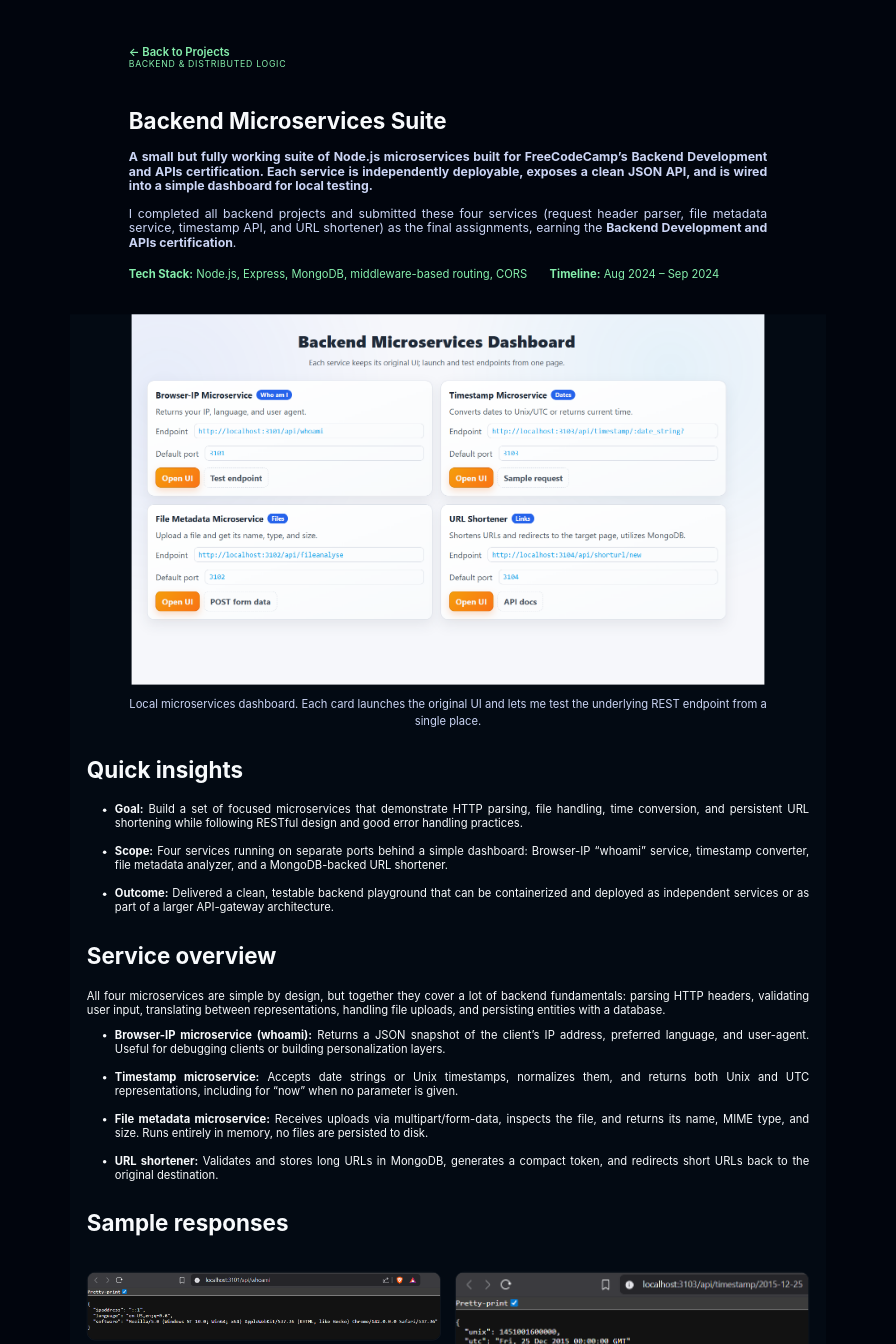
Repository: Abdulaziz-04/Abdulaziz-04.github.io
Page: deepdives/backend_systems/microservices/microservices.html
An editor plug-in stored every save of this project. The page is shown before and after the next save, followed by the edit.
The browser window is 1280 px wide. The pictures show the part of the page from y = 0 to 1920 px (the page is 3762 px tall), at 70% of full size.

Above is the page before, as saved 2025-11-20 23:16:24.

### deepdives/backend_systems/microservices/microservices.html
<!DOCTYPE html>
<html lang="en">
  <head>
    <meta charset="UTF-8" />
    <meta name="viewport" content="width=device-width, initial-scale=1" />
    <title>
      Backend Microservices Suite: HTTP Utilities, Files, Time, and URLs
    </title>
    <link rel="stylesheet" href="../../../assets/css/styles.css" />
  </head>

  <body class="project-detail-page">
    <header class="detail-hero">
      <a class="category-back" href="../../../projects/backend_systems.html">
        &larr; Back to Projects
      </a>

      <p
        class="category-pill"
        onclick="window.location.href='../../../projects/backend_systems.html'"
      >
        Backend &amp; Distributed Logic
      </p>
      <br />

      <h1>Backend Microservices Suite</h1>

      <p class="detail-summary">
        <b>
          A small but fully working suite of Node.js microservices built for
          FreeCodeCamp’s Backend Development and APIs certification. Each
          service is independently deployable, exposes a clean JSON API, and is
          wired into a simple dashboard for local testing.
        </b>
      </p>

      <p class="detail-summary">
        I completed all backend projects and submitted these four services
        (request header parser, file metadata service, timestamp API, and URL
        shortener) as the final assignments, earning the
        <b>Backend Development and APIs certification</b>.
      </p>

      <ul class="detail-meta">
        <li>
          <strong>Tech Stack:</strong>
          Node.js, Express, MongoDB, middleware-based routing, CORS
        </li>
        <li><strong>Timeline:</strong> Aug 2024 – Sep 2024</li>
      </ul>
    </header>

    <main class="section detail-content">
      <!-- HERO IMAGE -->
      <section class="detail-section detail-hero-gif">
        <figure class="gallery-item gallery-item--wide">
          <img
            src="./images/intro.png"
            alt="Dashboard showing the four backend microservices and their endpoints"
            style="display: block; margin: 0 auto; max-width: 95%; height: auto"
          />
          <figcaption style="text-align: center">
            Local microservices dashboard. Each card launches the original UI
            and lets me test the underlying REST endpoint from a single place.
          </figcaption>
        </figure>
      </section>

      <!-- QUICK INSIGHTS -->
      <section class="detail-section">
        <h2>Quick insights</h2>
        <ul class="psr-list">
          <li>
            <strong>Goal:</strong>
            Build a set of focused microservices that demonstrate HTTP parsing,
            file handling, time conversion, and persistent URL shortening while
            following RESTful design and good error handling practices.
          </li>
          <br />
          <li>
            <strong>Scope:</strong>
            Four services running on separate ports behind a simple dashboard:
            Browser-IP “whoami” service, timestamp converter, file metadata
            analyzer, and a MongoDB-backed URL shortener.
          </li>
          <br />
          <li>
            <strong>Outcome:</strong>
            Delivered a clean, testable backend playground that can be
            containerized and deployed as independent services or as part of a
            larger API-gateway architecture.
          </li>
        </ul>
      </section>

      <!-- SERVICE OVERVIEW -->
      <section class="detail-section">
        <h2>Service overview</h2>
        <p>
          All four microservices are simple by design, but together they cover a
          lot of backend fundamentals: parsing HTTP headers, validating user
          input, translating between representations, handling file uploads, and
          persisting entities with a database.
        </p>

        <ul>
          <li>
            <b>Browser-IP microservice (whoami):</b>
            Returns a JSON snapshot of the client’s IP address, preferred
            language, and user-agent. Useful for debugging clients or building
            personalization layers.
          </li>
          <br />
          <li>
            <b>Timestamp microservice:</b>
            Accepts date strings or Unix timestamps, normalizes them, and
            returns both Unix and UTC representations, including for “now” when
            no parameter is given.
          </li>
          <br />
          <li>
            <b>File metadata microservice:</b>
            Receives uploads via multipart/form-data, inspects the file, and
            returns its name, MIME type, and size. Runs entirely in memory, no
            files are persisted to disk.
          </li>
          <br />
          <li>
            <b>URL shortener:</b>
            Validates and stores long URLs in MongoDB, generates a compact
            token, and redirects short URLs back to the original destination.
          </li>
        </ul>
      </section>

      <!-- RESPONSE EXAMPLES GALLERY -->
      <section class="detail-section detail-gallery">
        <h2>Sample responses</h2>
        <div class="gallery-row gallery-row--two">
          <figure class="gallery-item">
            <a href="./images/whoami.png" target="_blank">
              <img
                src="./images/whoami.png"
                alt="JSON response from whoami service showing ipaddress, language, and software"
              />
            </a>
            <figcaption>
              Browser-IP service returning IP, language, and user-agent string.
            </figcaption>
          </figure>

          <figure class="gallery-item">
            <a href="./images/timestamp.png" target="_blank">
              <img
                src="./images/timestamp.png"
                alt="Timestamp service converting a date string to Unix and UTC"
              />
            </a>
            <figcaption>
              Timestamp service converting <code>2015-12-25</code> to Unix and
              UTC formats.
            </figcaption>
          </figure>
        </div>

        <div class="gallery-row gallery-row--two">
          <figure class="gallery-item">
            <a href="./images/file_analyze.png" target="_blank">
              <img
                src="./images/file_analyze.png"
                alt="File metadata service returning name, type, and size of an uploaded PDF"
              />
            </a>
            <figcaption>
              File metadata service summarizing an uploaded PDF resume.
            </figcaption>
          </figure>

          <figure class="gallery-item">
            <a href="./images/url_shortner.png" target="_blank">
              <img
                src="./images/url_shortner.png"
                alt="URL shortener service returning original_url and short_url token"
              />
            </a>
            <figcaption>
              URL shortener service mapping a long FreeCodeCamp URL to a short
              token.
            </figcaption>
          </figure>
        </div>
      </section>

      <!-- ARCHITECTURE & DESIGN -->
      <section class="detail-section">
        <h2>Architecture and design choices</h2>
        <p>
          I intentionally structured these as independent Express apps to mimic
          a microservices setup instead of one monolith with many routes. Each
          service has its own port, middleware stack, and health checks, which
          makes it straightforward to containerize and scale them separately.
        </p>

        <ul>
          <li>
            <b>Express-first design:</b>
            Each service uses Express with a thin index file that wires up
            middleware, route handlers, and error handling. I use environment
            variables for ports and MongoDB URIs so the suite can run locally or
            on a cloud host without code changes.
          </li>
          <br />
          <li>
            <b>Stateless APIs:</b>
            All endpoints are stateless; state lives either in the incoming
            request (for header parsing and timestamps) or in MongoDB for the
            URL mappings. That makes horizontal scaling easier.
          </li>
          <br />
          <li>
            <b>Shared patterns:</b>
            Even though the services are separate, they share patterns such as
            centralized validation, consistent JSON error structures, and
            clearly documented endpoints that mirror the FreeCodeCamp spec.
          </li>
        </ul>
      </section>

      <!-- EDGE CASES & ROBUSTNESS -->
      <section class="detail-section">
        <h2>Edge cases and robustness</h2>
        <p>
          To go beyond the bare minimum for the certification, I spent time
          thinking through failure modes and how APIs should behave when users
          supply odd inputs.
        </p>

        <ul>
          <li>
            <b>Timestamp parsing:</b>
            When the date parameter is missing, the service returns the current
            time. If the input is ambiguous, it tries Unix and ISO-8601 parsing,
            then returns a helpful JSON error instead of a 500. This mirrors how
            production APIs often have to be forgiving but explicit.
          </li>
          <br />
          <li>
            <b>File uploads:</b>
            The metadata service checks for missing files, unsupported content
            types, and empty payloads, and responds with a clear validation
            message. Uploads are limited in size and never written to disk,
            making it safe to run in memory-constrained environments.
          </li>
          <br />
          <li>
            <b>URL validation:</b>
            The shortener normalizes URLs, rejects malformed domains, and
            protects against non-http/https schemes. Duplicate URLs reuse the
            same mapping instead of creating multiple documents, which keeps the
            database small and predictable.
          </li>
          <br />
          <li>
            <b>Whoami service:</b>
            If the IP header is missing or proxied, the service gracefully falls
            back to the connection’s remote address. It returns language and
            user-agent exactly as seen, which helps debug issues without
            mutating data.
          </li>
        </ul>
      </section>

      <!-- SCALING & FUTURE ENHANCEMENTS -->
      <section class="detail-section">
        <h2>Scaling and future enhancements</h2>
        <p>
          These projects started as learning exercises, but the design makes it
          easy to evolve them into production-ready components.
        </p>

        <ul>
          <li>
            <b>Containerization and orchestration:</b>
            Each service can be packaged as a small Docker image and deployed
            behind an API gateway such as Nginx or an ingress controller in
            Kubernetes. Horizontal scaling then becomes a matter of increasing
            replica counts per service.
          </li>
          <br />
          <li>
            <b>Persistent analytics:</b>
            The whoami and timestamp services could log anonymized usage stats
            to a time-series store (for example, Prometheus or a simple Postgres
            table) to visualize traffic patterns and client platforms.
          </li>
          <br />
          <li>
            <b>Hardened URL shortener:</b>
            Adding rate limiting, per-user quotas, and link expiration would
            turn the shortener into a more realistic service. A background job
            could clean up expired links while preserving click statistics.
          </li>
          <br />
          <li>
            <b>File gateway:</b>
            The metadata service could be extended to temporarily store files in
            S3 or another object store and act as a front door for larger upload
            workflows, while still returning immediate metadata to the client.
          </li>
        </ul>
      </section>

      <!-- IMPACT & LEARNINGS -->
      <section class="detail-section detail-impact">
        <h2>Impact and learnings</h2>
        <ul>
          <li>
            <b>Microservice mindset:</b>
            Even though these services are small, building and running four
            separate backends taught me how to think about boundaries,
            observability, and independent deployments.
          </li>
          <br />
          <li>
            <b>API ergonomics:</b>
            Designing simple, predictable JSON responses and handling weird user
            input gracefully is something I now carry into my larger backend
            work.
          </li>
          <br />
          <li>
            <b>Production readiness:</b>
            Experimenting with validation, error messages, and database
            interactions here gave me a small sandbox to practice habits that
            scale to more complex microservice architectures.
          </li>
        </ul>
      </section>
    </main>
  </body>
</html>

Loaded but not shown: assets/css/styles.css (941 lines, source omitted)

After the next save:
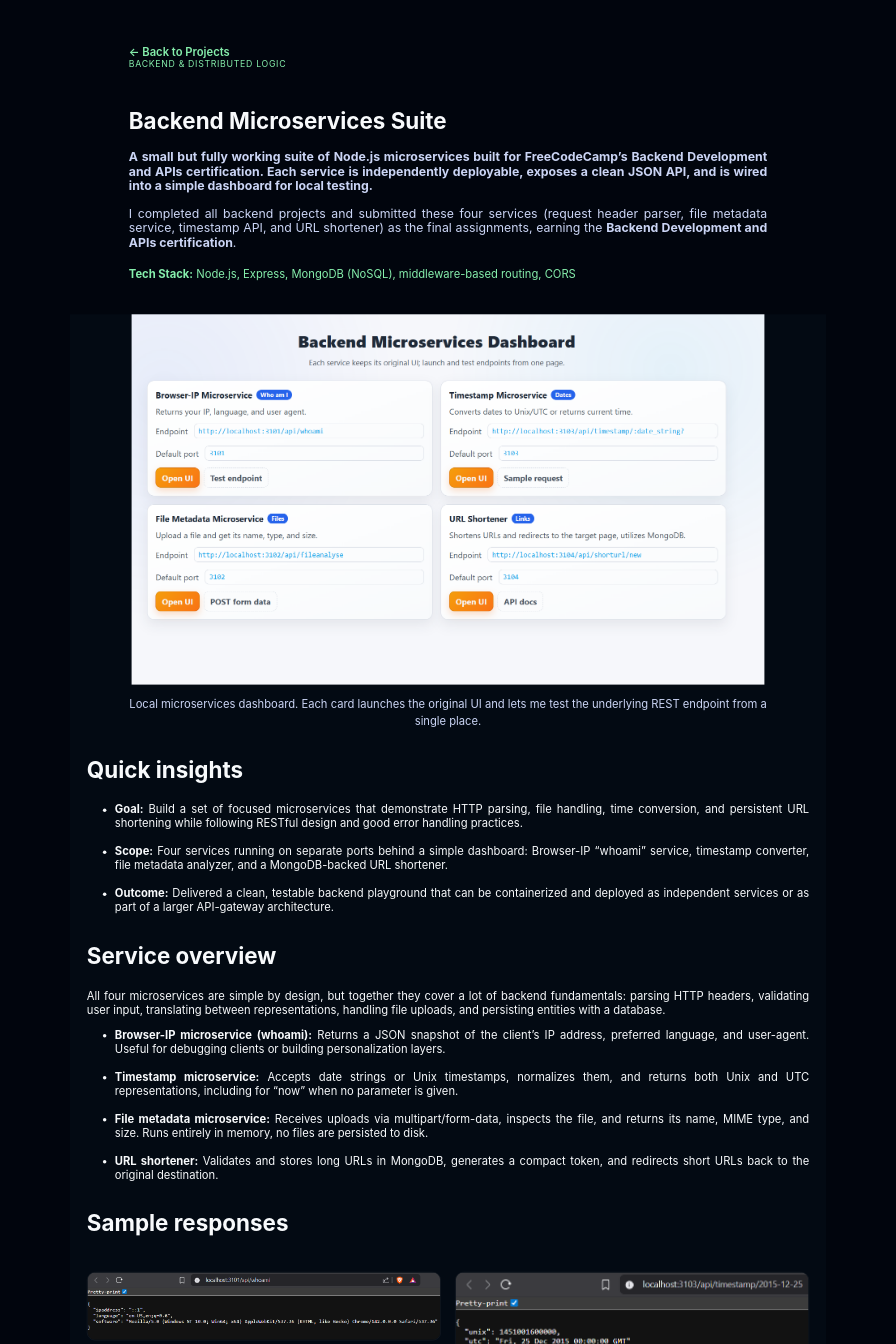
Saved 24 s later.
--- a/deepdives/backend_systems/microservices/microservices.html
+++ b/deepdives/backend_systems/microservices/microservices.html
@@ -44,9 +44,8 @@
       <ul class="detail-meta">
         <li>
           <strong>Tech Stack:</strong>
-          Node.js, Express, MongoDB, middleware-based routing, CORS
+          Node.js, Express, MongoDB (NoSQL), middleware-based routing, CORS
         </li>
-        <li><strong>Timeline:</strong> Aug 2024 – Sep 2024</li>
       </ul>
     </header>
 
